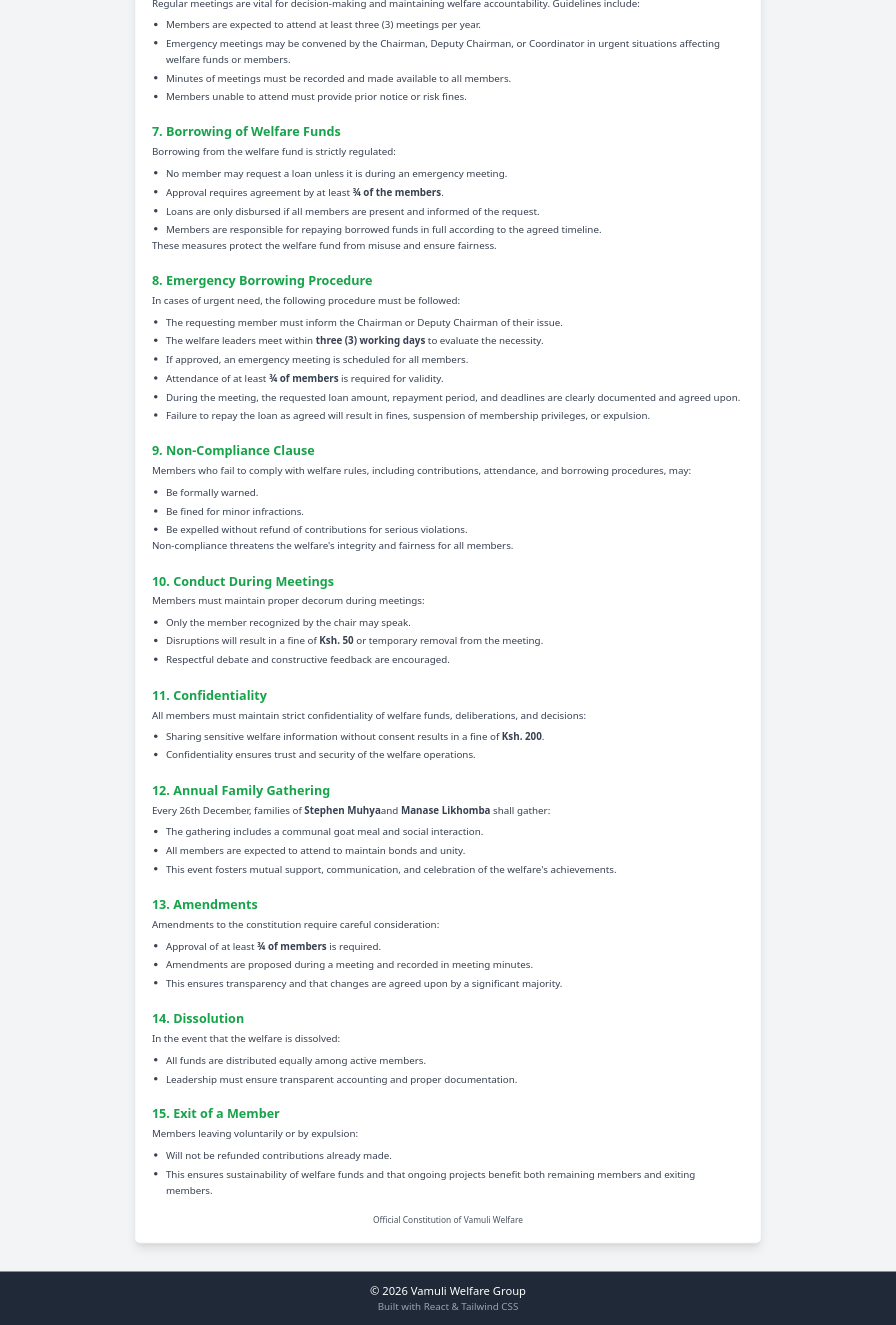
Repository: Engineer-collo/Vamuli-welfare
Page: /constitution
The author's editor kept a copy of each file at every save. The page is drawn from the files as they stood at one save, then again after the next save.
The browser window is 1280 px wide. The pictures show the part of the page from y = 1378 to 3298 px (the page is 3271 px tall before and 3298 px after), at 70% of full size.
The project was rebuilt for these pictures with package versions that can differ from the ones it lists, and the page was loaded fresh each time. Also part of the build but not shown: vite.config.js, src/pages/contributionsData.js, src/pages/Home.jsx, src/pages/Members.jsx, src/pages/ContributionsTable.jsx, src/pages/About.jsx, src/pages/Signatories.jsx.

Above is the page before, as saved 2026-04-02 16:41:12.

After the next save:
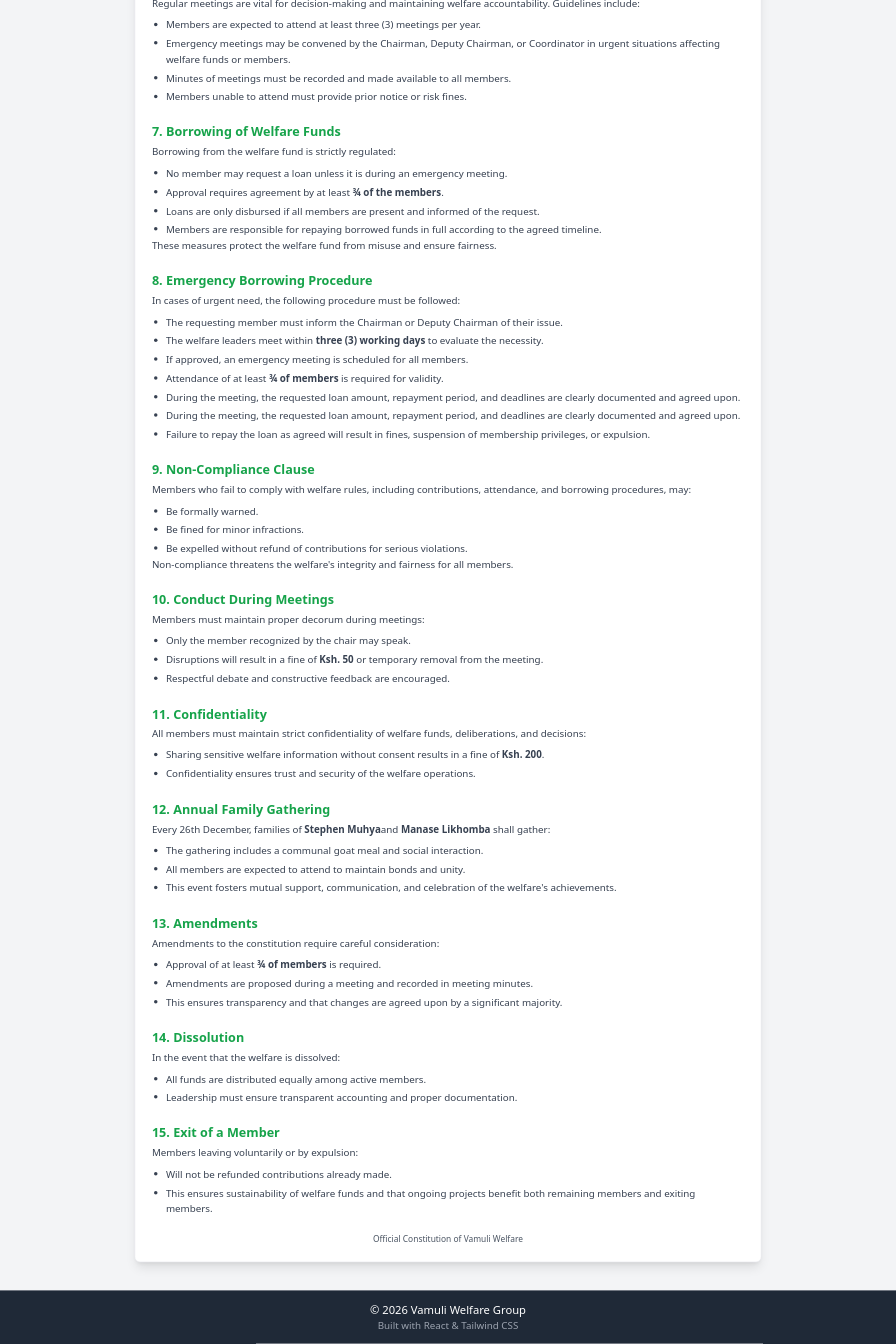
Saved 11 s later.
--- a/src/pages/WelfareConstituion.jsx
+++ b/src/pages/WelfareConstituion.jsx
@@ -125,6 +125,7 @@ function Constitution() {
             <li>The welfare leaders meet within <span className="font-semibold">three (3) working days</span> to evaluate the necessity.</li>
             <li>If approved, an emergency meeting is scheduled for all members.</li>
             <li>Attendance of at least <span className="font-semibold">¾ of members</span> is required for validity.</li>
+            <li>During the meeting, the requested loan amount, repayment period, and deadlines are clearly documented and agreed upon.</li>
 
             <li>During the meeting, the requested loan amount, repayment period, and deadlines are clearly documented and agreed upon.</li>
             <li>Failure to repay the loan as agreed will result in fines, suspension of membership privileges, or expulsion.</li>
